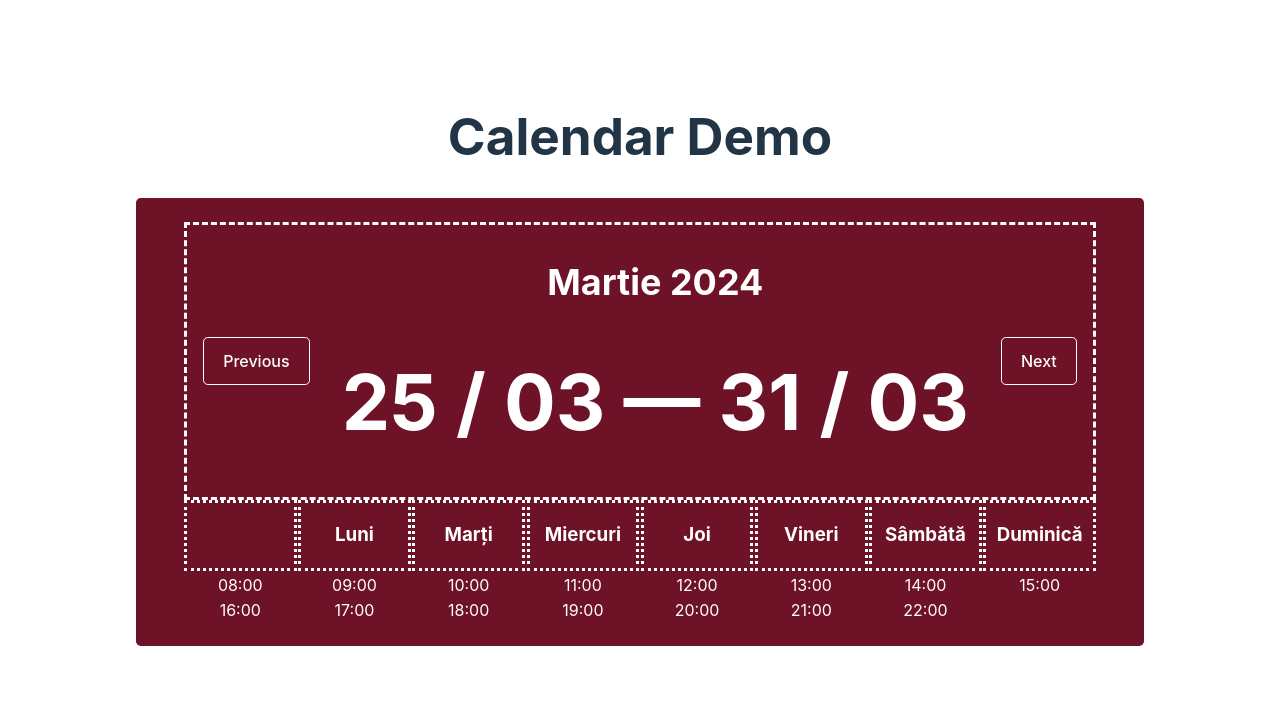
Repository: Maryie-B/weekly-calendar-scheduler
Page: /
An editor plug-in stored every save of this project. The page is shown before and after the next save, followed by the edit.
The browser window is 1280 px wide. The pictures show the whole page.
The project was rebuilt for these pictures with package versions that can differ from the ones it lists, and the page was loaded fresh each time. Also part of the build but not shown: vite.config.js.

Above is the page before, as saved 2024-03-26 15:34:28.

After the next save:
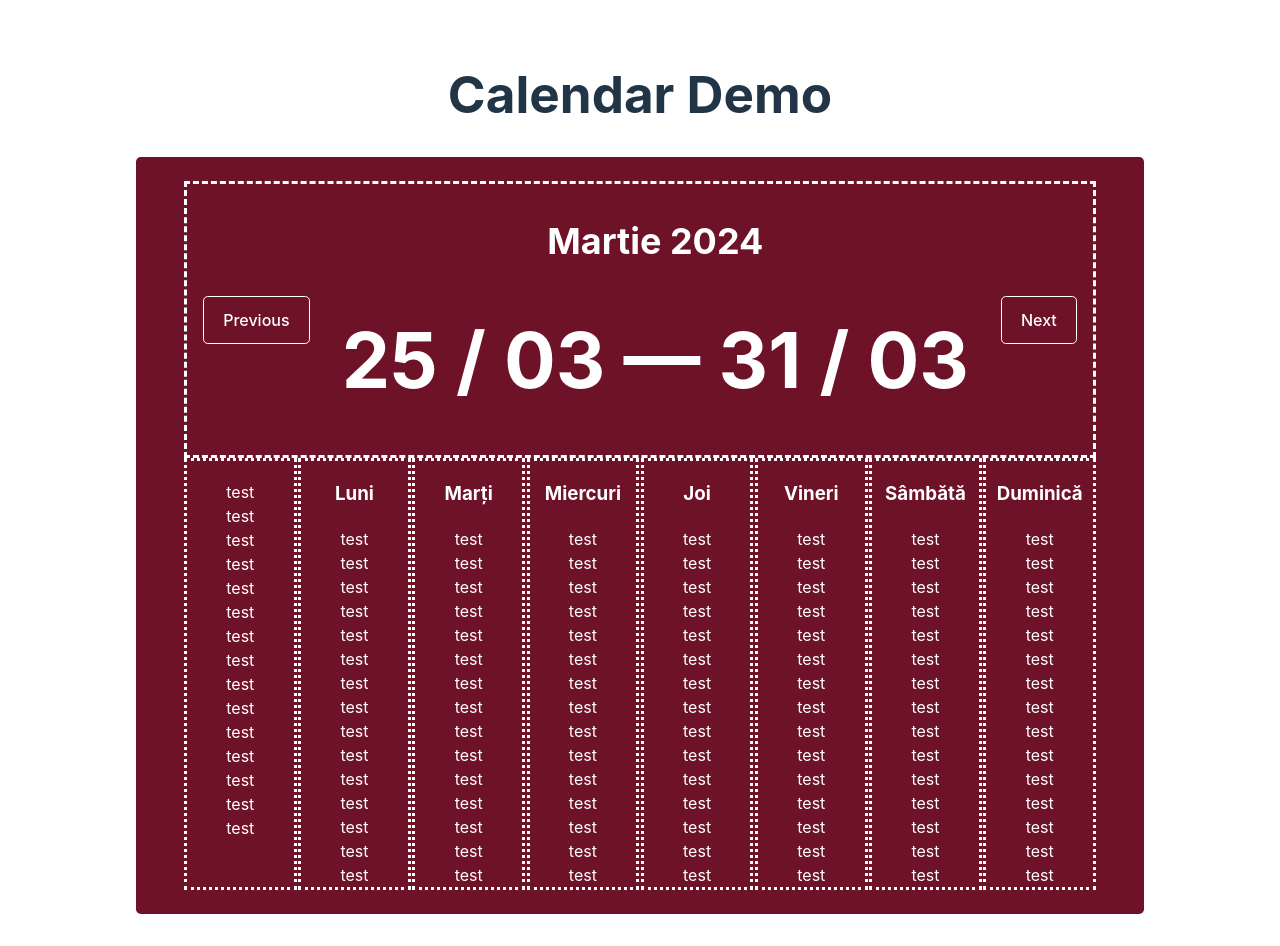
Saved 5 min 39 s later.
--- a/src/CalendarDays.jsx
+++ b/src/CalendarDays.jsx
@@ -13,14 +13,16 @@ const CalendarDays = () => {
     <div className="calendar-days-wrapper">
       {weekDays.map((day, index) => {
         return (
+
         <div className="days-header" key={index}>
            <h3>{day}</h3>
+           {/* {hours.map((hour) => {
+               return (
+                   <div key={hour}>{hour < 10 ? `0${hour}:00` : `${hour}:00`}</div>
+               )
+           })} */}
+           {hours.map(hour => <div key={hour}> test </div>)}
         </div>
-        )
-      })}
-      {hours.map((hour) => {
-        return (
-            <div key={hour}>{hour < 10 ? `0${hour}:00` : `${hour}:00`}</div>
         )
       })}
     </div>
